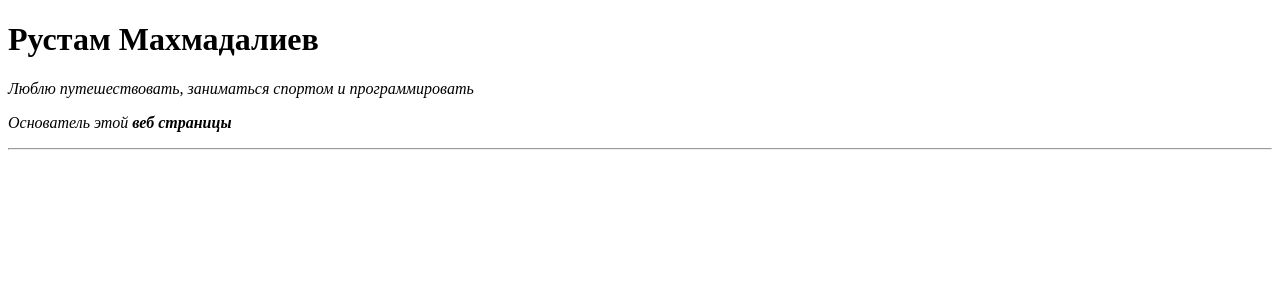
Repository: RustamMakh/html
Page: index.html
These files come from the project's save history. The page is drawn as it stood at one moment and after the next save; the edit follows.
The browser window is 1280 px wide. The pictures show the whole page.

Above is the page before, as saved 2022-06-07 19:39:39.

### index.html
<!DOCTYPE html>
<html lang="ru">
<head>
    <meta charset="UTF-8">
    <meta http-equiv="X-UA-Compatible" content="IE=edge">
    <meta name="viewport" content="width=device-width, initial-scale=1.0">
    <title>Rustam resume</title>
</head>
<body>
  <h1>Рустам Махмадалиев</h1>
  <p><em>Люблю путешествовать, заниматься спортом и программировать<em></p>
  <p>Основатель этой <strong>веб страницы</strong></p>
  <hr>


</body>
</html>

After the next save:
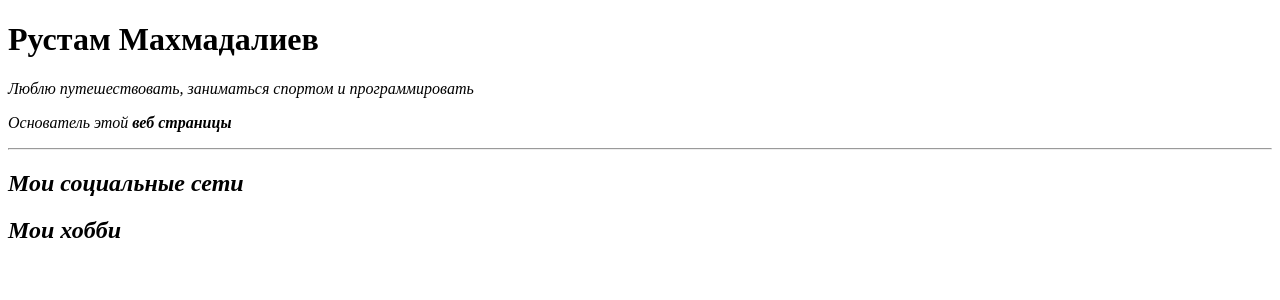
Saved 32 s later.
--- a/index.html
+++ b/index.html
@@ -12,6 +12,7 @@
   <p>Основатель этой <strong>веб страницы</strong></p>
   <hr>
 
-
+  <h2>Мои социальные сети</h2>
+  <h2>Мои хобби</h2>
 </body>
 </html>
